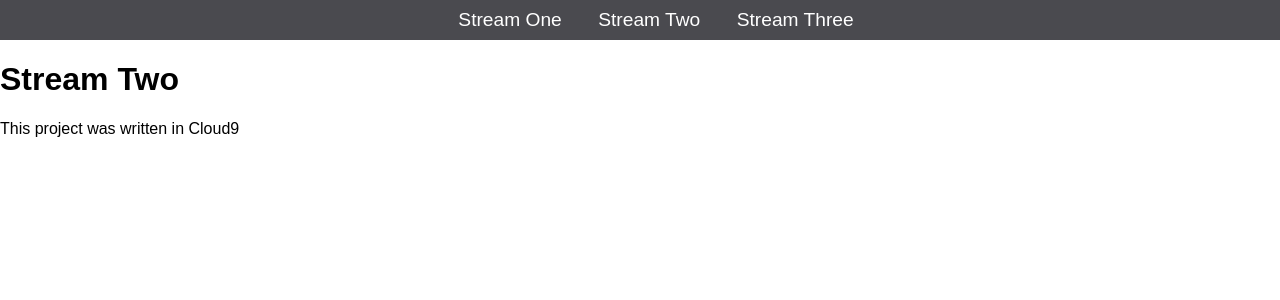
Repository: Sarani1612/my-first-website
Page: stream-two.html
The author's editor kept a record of every edit. The page is drawn from the files as they stood at one moment, then again after the next edit.
The browser window is 1280 px wide. The pictures show the whole page.

Above is the page before.

After the next edit:
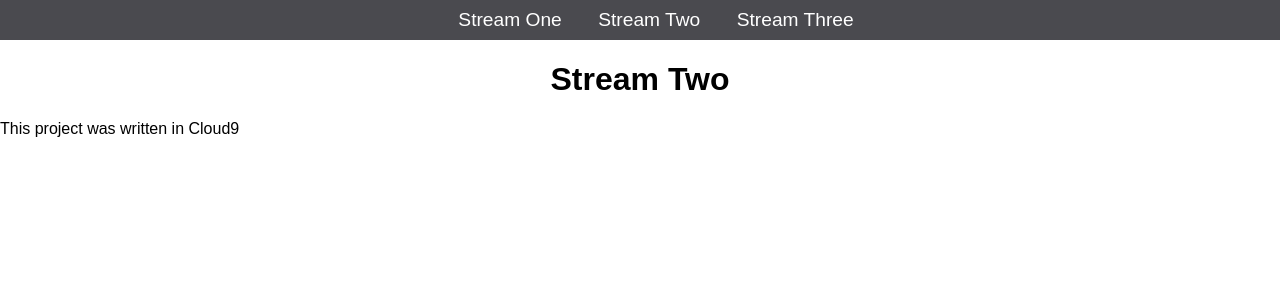
The edit:
--- a/css/style.css
+++ b/css/style.css
@@ -30,3 +30,21 @@
     background-color: #ffffff;
     color: #4a4a4f;
 }
+
+.card {
+    float: left;
+    width: 20%;
+    margin-left: 10%;
+}
+
+.card a {
+    text-align: center;
+}
+
+img {
+    width: 100%;
+}
+
+h1 {
+    text-align: center;
+}
